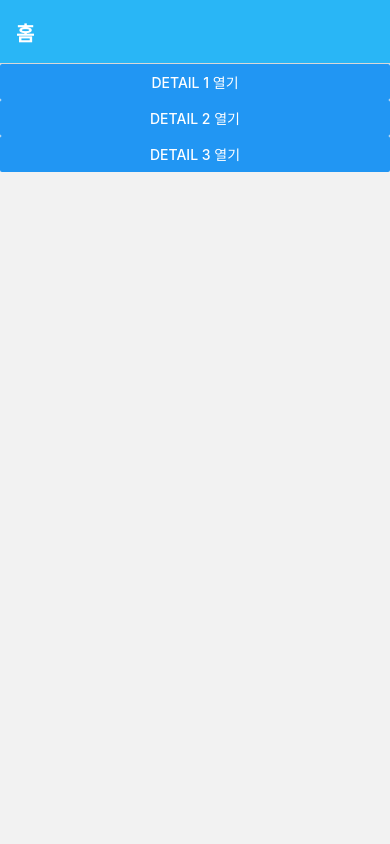
Repository: H-Rn-Study/haebzzang
Screen: / (app in LearnReactNavigation/)
The author's editor kept a copy of each file at every save. The screen is drawn from the files as they stood at one save, then again after the next save.
The app was drawn by React Native's web renderer in a window 390 px wide. The project was rebuilt for these pictures with package versions that can differ from the ones it lists, and the page was loaded fresh each time. Also part of the build but not shown: LearnReactNavigation/screen/DetailScreen.js, LearnReactNavigation/screen/HeaderlessScreen.js.

Above is the screen before, as saved 2022-11-01 21:13:20.

### LearnReactNavigation/App.js
import React from 'react';
import {NavigationContainer} from '@react-navigation/native';
import {createNativeStackNavigator} from '@react-navigation/native-stack';
import HomeScreen from './screen/HomeScreen';
import DetailScreen from './screen/DetailScreen';
import {View, Text, TouchableOpacity} from 'react-native';
import HeaderlessScreen from './screen/HeaderlessScreen';

const Stack = createNativeStackNavigator();

function App() {
  return <NavigationContainer>
    <Stack.Navigator initialRouteName = "Home">
      <Stack.Screen name = "Home" component = {HomeScreen} options = {{title : '홈',
      // Header 블록에 대한 스타일
      headerStyle : {
        backgroundColor : '#29b6f6',
      },

      // Header의 텍스트, 버튼들 색상
      headerTintColor : "#ffffff",

      // 타이틀 텍스트의 스타일
      headerTitleStyle : {
        fontWeight : 'bold',
        fontSize : 20,
      }, }}/>

      <Stack.Screen name = "Detail" component = {DetailScreen}
      options = {{
        headerBackVisible : false,

        headerLeft : ({onPress}) => (
          <TouchableOpacity onPress = {onPress}>
            <Text>Left</Text>
          </TouchableOpacity>
        ),

        headerTitle : ({children}) => (
          <View>
            <Text>{children}</Text>
          </View>
        ),

        headerRight : () => (
          <View>
            <Text>Right</Text>
          </View>
        ),
      }} />

      <Stack.Screen
      name = "Headerless"
      component = {HeaderlessScreen}
      options = {{headerShown : false,}} />
    </Stack.Navigator>
    </NavigationContainer>
}

export default App;

### LearnReactNavigation/screen/HomeScreen.js
import React, {useEffect} from 'react';
import {View, Button} from 'react-native';

function HomeScreen({navigation}) {
    useEffect(() => {
        navigation.setOptions({title : '홈'});
    }, [navigation]);
    return (
        <View>
            <Button
            title = "Detail 1 열기"
            onPress = {() => navigation.push('Detail', {id : 1})}/>
            <Button
            title = "Detail 2 열기"
            onPress = {() => navigation.push('Detail', {id : 2})} />
            <Button
            title = "Detail 3 열기"
            onPress = {() => navigation.push('Detail', {id : 3})} />
        </View>
    );
}

export default HomeScreen;

After the next save:
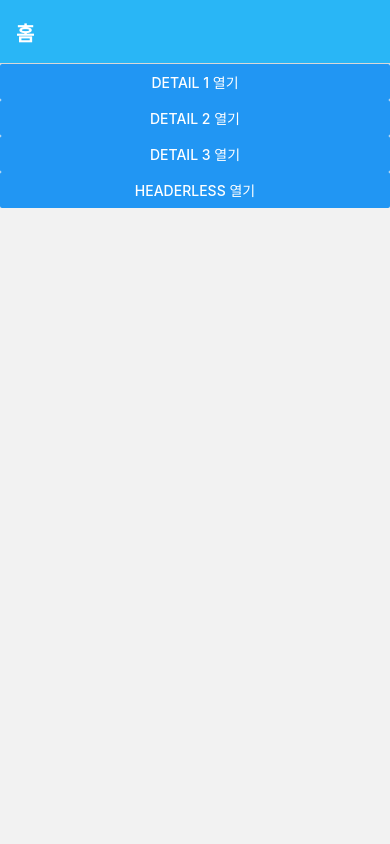
Saved 44 s later.
--- a/LearnReactNavigation/screen/HomeScreen.js
+++ b/LearnReactNavigation/screen/HomeScreen.js
@@ -16,6 +16,10 @@ function HomeScreen({navigation}) {
             <Button
             title = "Detail 3 열기"
             onPress = {() => navigation.push('Detail', {id : 3})} />
+
+            <Button
+            title = "Headerless 열기"
+            onPress = {() => navigation.push('Headerless')} />
         </View>
     );
 }
